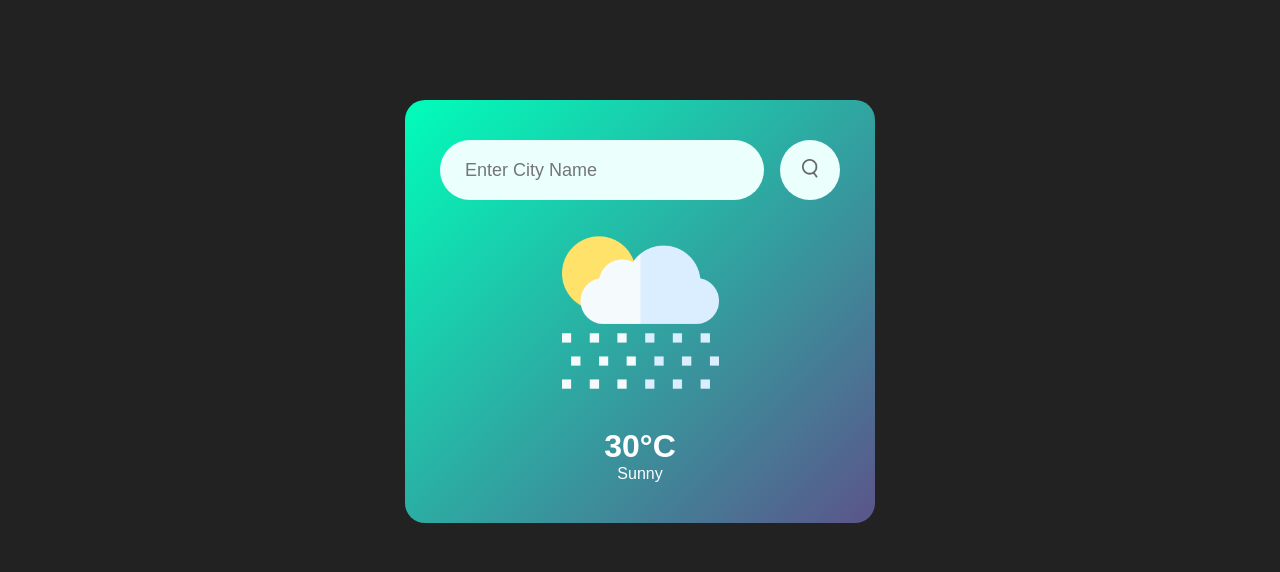
Repository: dubeprince/WeatherApp-Project
Page: WeatherApp/index.html
An editor plug-in stored every save of this project. The page is shown before and after the next save, followed by the edit.
The browser window is 1280 px wide. The pictures show the whole page.

Above is the page before, as saved 2023-05-26 10:58:53.

After the next save:
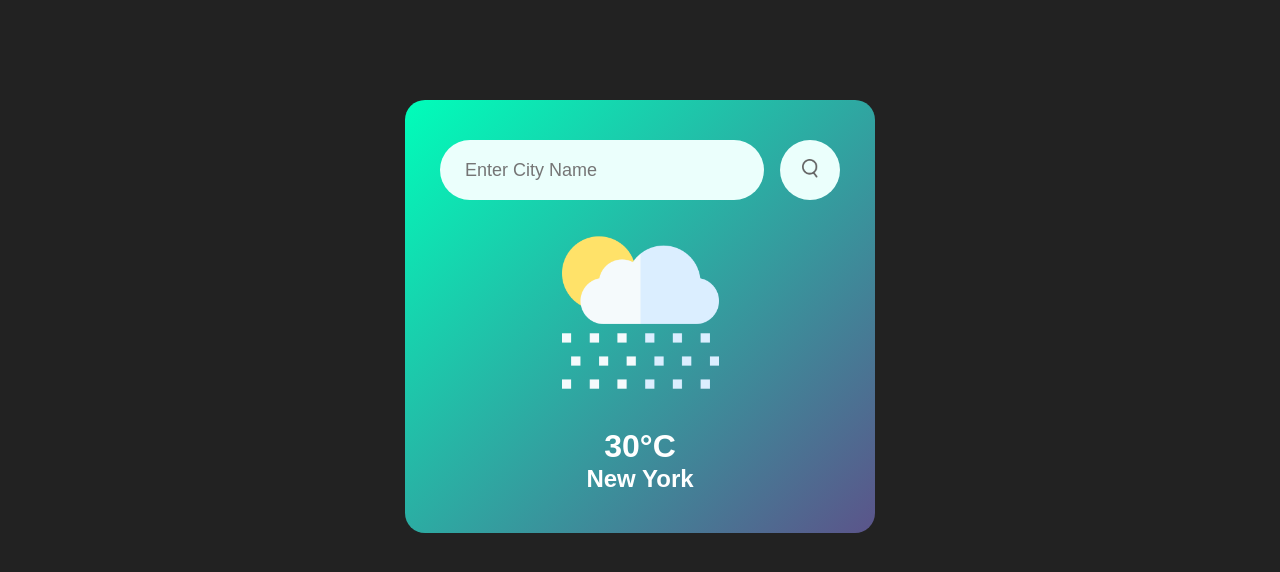
Saved 5 min 18 s later.
--- a/WeatherApp/index.html
+++ b/WeatherApp/index.html
@@ -17,7 +17,7 @@
         <div class="weather">
             <img src="images/rain.png" class="weather-icon">
             <h1 class="temp">30°C</h1>
-                Sunny</h1>
+            <h2 class="city">New York</h2>
         </div>
     </div>
 
